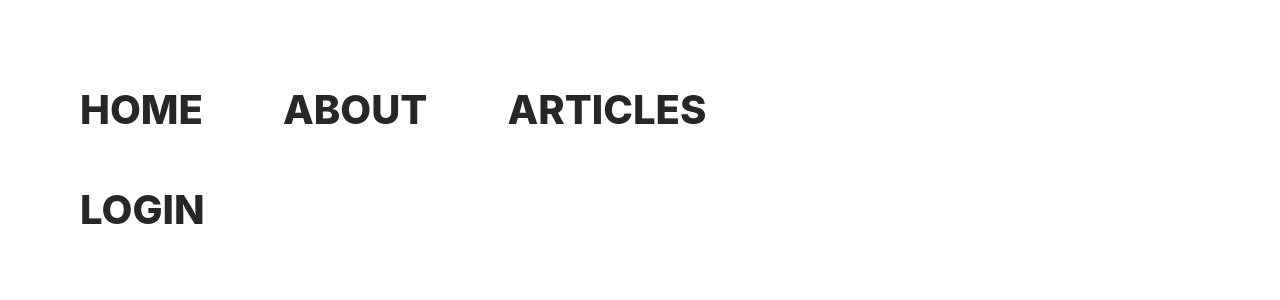
Repository: ValGrace/-static-site
Page: /home (app in client/)
These files come from the project's save history. The page is drawn as it stood at one moment and after the next save; the edit follows.
The browser window is 1280 px wide. The pictures show the whole page.
The project was rebuilt for these pictures with package versions that can differ from the ones it lists, and the page was loaded fresh each time. Also part of the build but not shown: client/vite.config.js, client/src/Utils/appwrite.js, client/src/Components/Inputs.css, client/src/Components/Login.jsx, client/src/Components/Signup.jsx.

Above is the page before, as saved 2023-02-05 10:29:03.

After the next save:
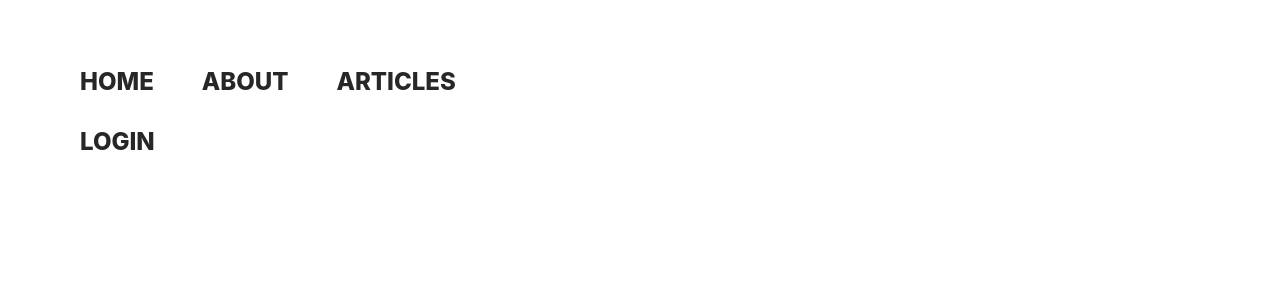
Saved 14 s later.
--- a/client/src/Components/Navbar.css
+++ b/client/src/Components/Navbar.css
@@ -10,5 +10,5 @@ nav > ul {
   list-style-type: none;
   gap: 2em;
   font-weight: 800;
-  font-size: 2.5em;
+  font-size: 1.5em;
 }
